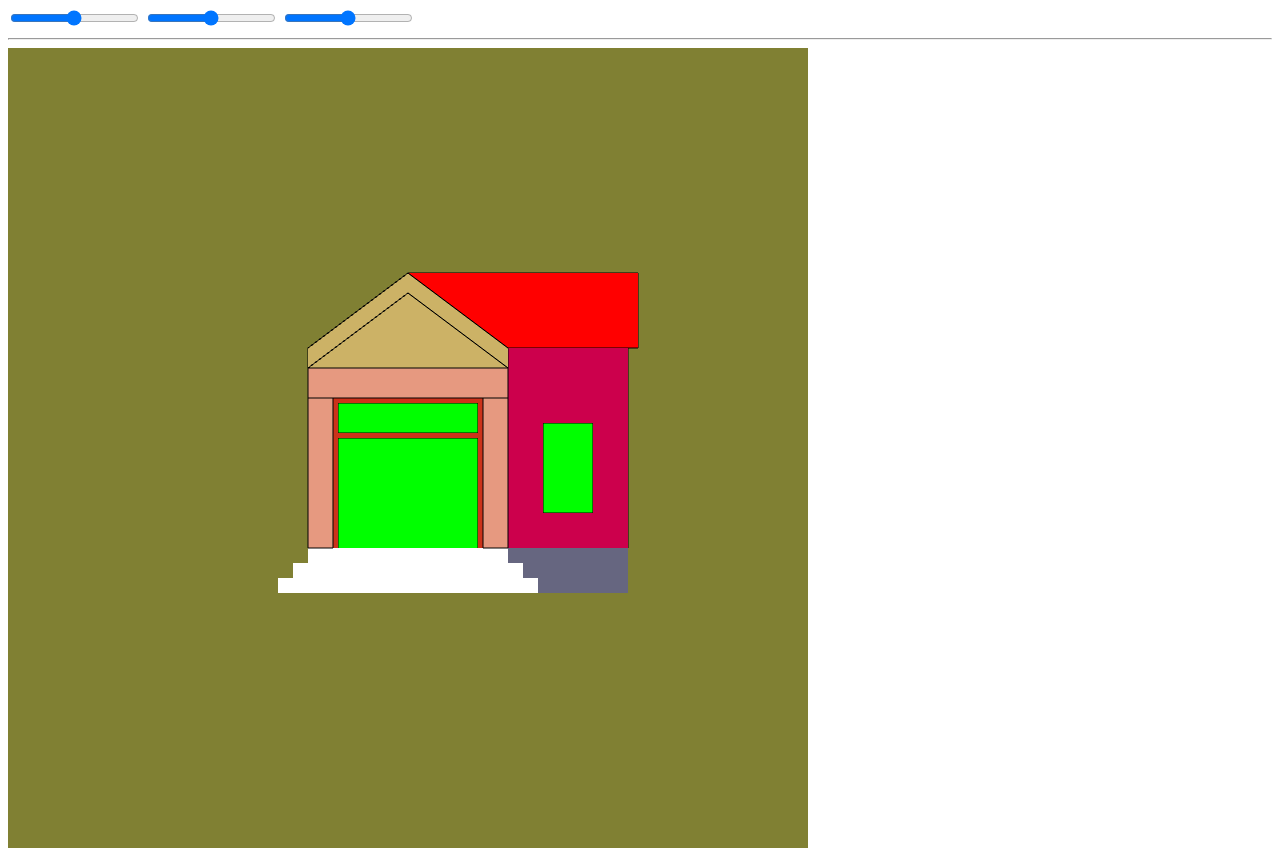
Repository: JoinGame-A36664/Build-House-WebGL
Page: index.html
The author's editor kept a copy of each file at every save. The page is drawn from the files as they stood at one save, then again after the next save.
The browser window is 1280 px wide. The pictures show the whole page.

Above is the page before, as saved 2021-10-24 23:44:06.
Console error: ReferenceError: program is not defined

After the next save:
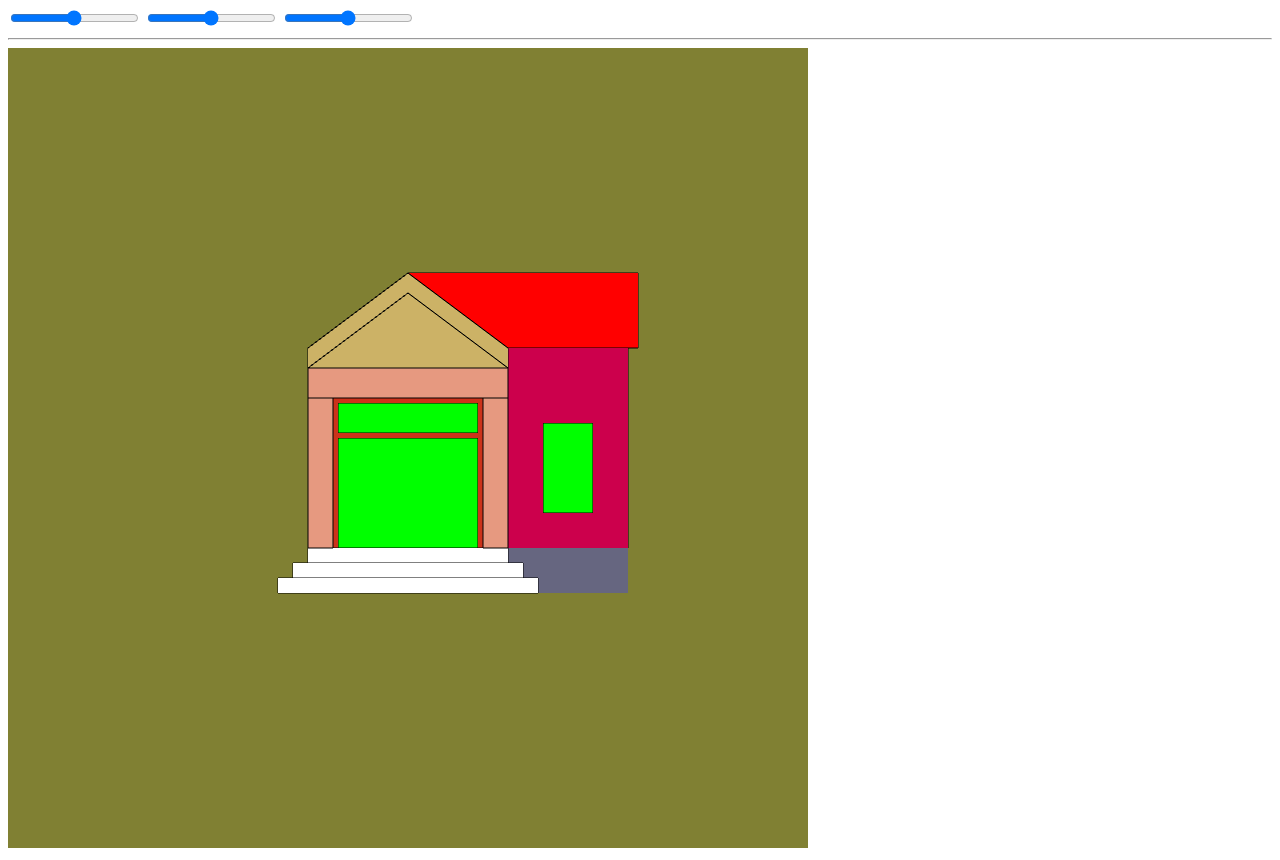
Saved 8 s later.
--- a/Bietthu1.js
+++ b/Bietthu1.js
@@ -320,17 +320,17 @@ function buildHouse(program, vertices, vertexColors) // Truyền vào những g
           //quad(program,vertices[69],vertices[70],vertices[30],vertices[29],vertexColors[0]);
           //quad(program,vertices[29],vertices[30],vertices[44],vertices[50],vertexColors[0]);
 
-          // quad(program, vertices[69], vertices[71], vertices[74], vertices[70], vertexColors[0]);
-          // quad(program, vertices[5], vertices[73], vertices[74], vertices[70], vertexColors[0]);
-          // quad(program, vertices[69], vertices[71], vertices[72], vertices[0], vertexColors[0]);
-          // quad(program, vertices[78], vertices[75], vertices[76], vertices[77], vertexColors[0]);
-          // quad(program, vertices[78], vertices[75], vertices[79], vertices[82], vertexColors[0]);
-          // quad(program, vertices[75], vertices[76], vertices[80], vertices[79], vertexColors[0]);
-          // quad(program, vertices[82], vertices[78], vertices[77], vertices[81], vertexColors[0]);
-          // quad(program, vertices[83], vertices[84], vertices[85], vertices[86], vertexColors[0]);
-          // quad(program, vertices[83], vertices[84], vertices[87], vertices[88], vertexColors[0]);
-          // quad(program, vertices[85], vertices[84], vertices[87], vertices[90], vertexColors[0]);
-          // quad(program, vertices[85], vertices[86], vertices[89], vertices[90], vertexColors[0]);
+          quad(program, vertices[69], vertices[71], vertices[74], vertices[70], vertexColors[0]);
+          quad(program, vertices[5], vertices[73], vertices[74], vertices[70], vertexColors[0]);
+          quad(program, vertices[69], vertices[71], vertices[72], vertices[0], vertexColors[0]);
+          quad(program, vertices[78], vertices[75], vertices[76], vertices[77], vertexColors[0]);
+          quad(program, vertices[78], vertices[75], vertices[79], vertices[82], vertexColors[0]);
+          quad(program, vertices[75], vertices[76], vertices[80], vertices[79], vertexColors[0]);
+          quad(program, vertices[82], vertices[78], vertices[77], vertices[81], vertexColors[0]);
+          quad(program, vertices[83], vertices[84], vertices[85], vertices[86], vertexColors[0]);
+          quad(program, vertices[83], vertices[84], vertices[87], vertices[88], vertexColors[0]);
+          quad(program, vertices[85], vertices[84], vertices[87], vertices[90], vertexColors[0]);
+          quad(program, vertices[85], vertices[86], vertices[89], vertices[90], vertexColors[0]);
 
 }
 
